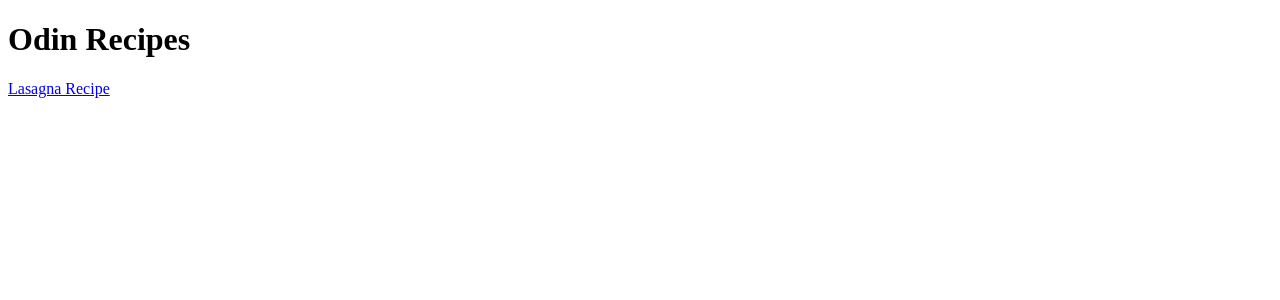
Repository: rsoetydev/odin-recipes
Page: index.html
The author's editor kept a copy of each file at every save. The page is drawn from the files as they stood at one save, then again after the next save.
The browser window is 1280 px wide. The pictures show the whole page.

Above is the page before, as saved 2023-11-25 11:30:07.

### index.html
<!DOCTYPE html>
<html lang="en">
<head>
    <meta charset="UTF-8">
    <meta name="viewport" content="width=device-width, initial-scale=1.0">
    <title>Odin Recipes</title>
</head>
<body>
    <h1>Odin Recipes</h1>
    <a href="recipes/lasagna.html">Lasagna Recipe</a>

</body>
</html>

After the next save:
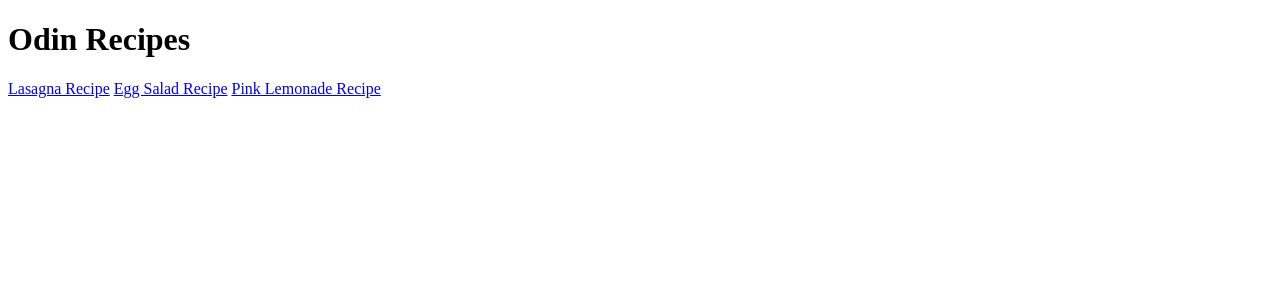
Saved 46 s later.
--- a/index.html
+++ b/index.html
@@ -8,6 +8,8 @@
 <body>
     <h1>Odin Recipes</h1>
     <a href="recipes/lasagna.html">Lasagna Recipe</a>
+    <a href="recipes/eggsalad.html">Egg Salad Recipe</a>
+    <a href="recipes/pinklemonade.html">Pink Lemonade Recipe</a>
 
 </body>
 </html>
